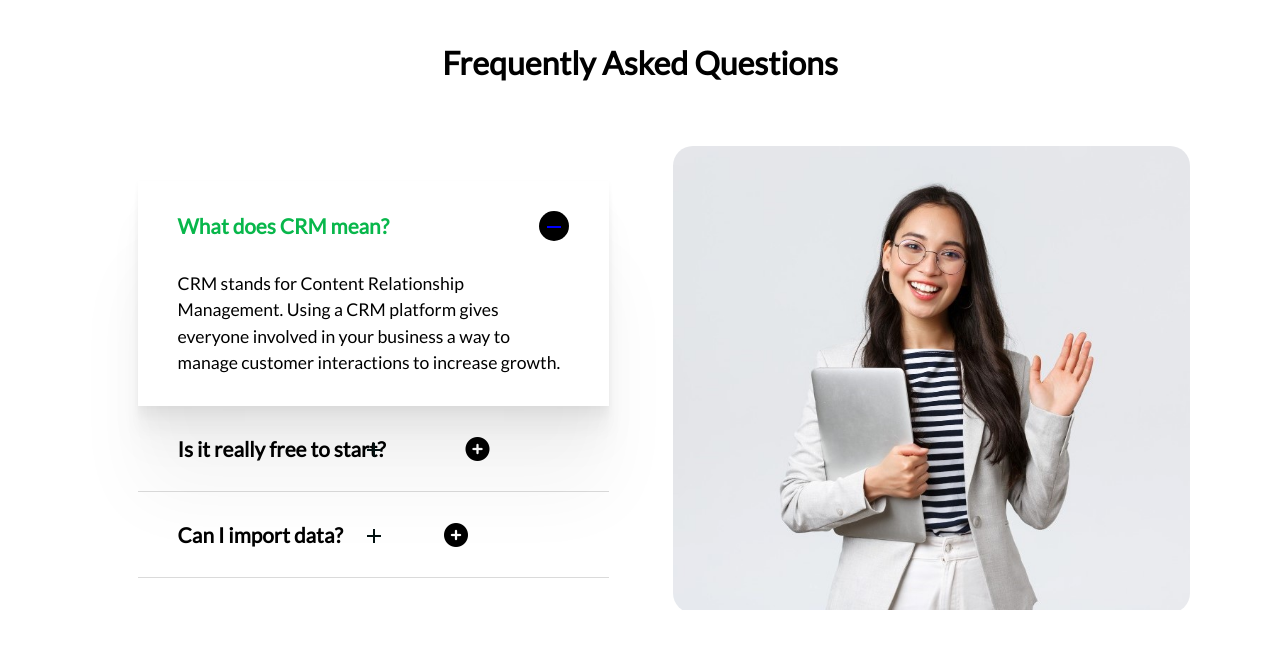
Repository: emiliaiwu/faq_component
Page: index.html
The author's editor kept a copy of each file at every save. The page is drawn from the files as they stood at one save, then again after a run of saves.
The browser window is 1280 px wide. The pictures show the whole page.
Some icons come from a web library that is not loaded, so they are not drawn. Some web libraries are served in a nearby version.

Above is the page before, as saved 2022-12-13 20:39:58.

After the next 4 saves:
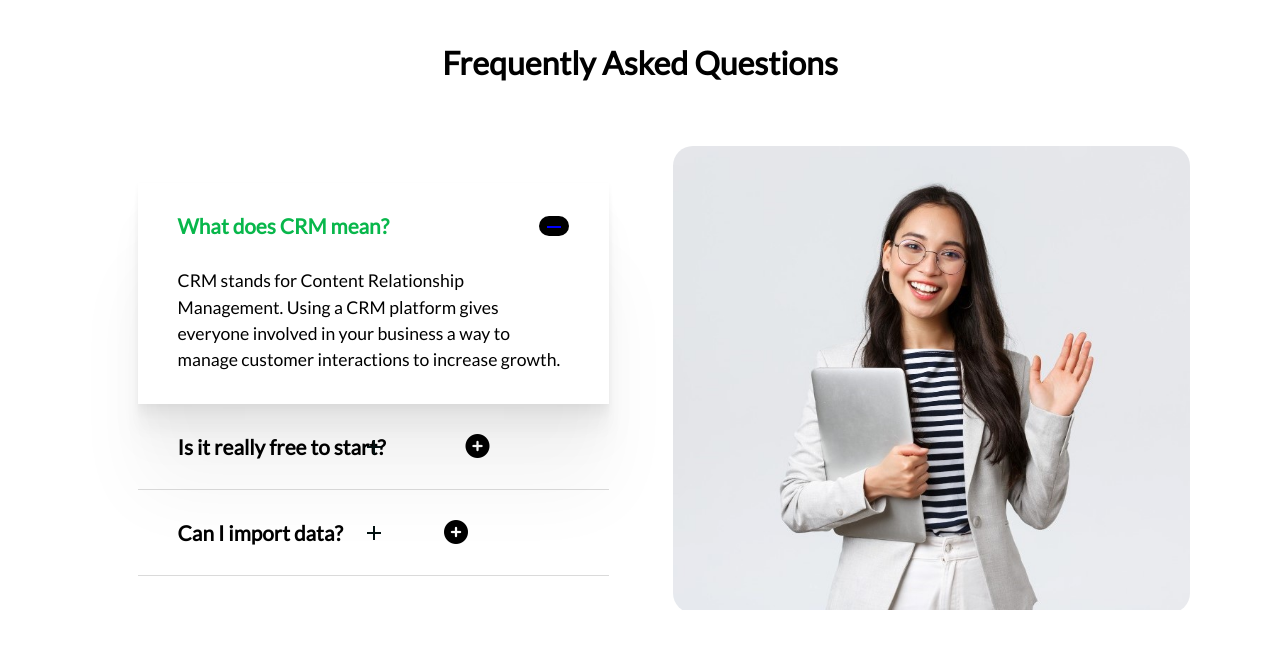
The 4 saves are shown as one change because they came seconds apart.
The last was saved 15 s later.
--- a/style.css
+++ b/style.css
@@ -134,7 +134,7 @@
  .toggle {
     position: relative;
     width: 30px;
-    height: 30px;
+    height: 20px;
     border-radius: 30px;
     background-color: black;
 }

After the 2 saves that followed:
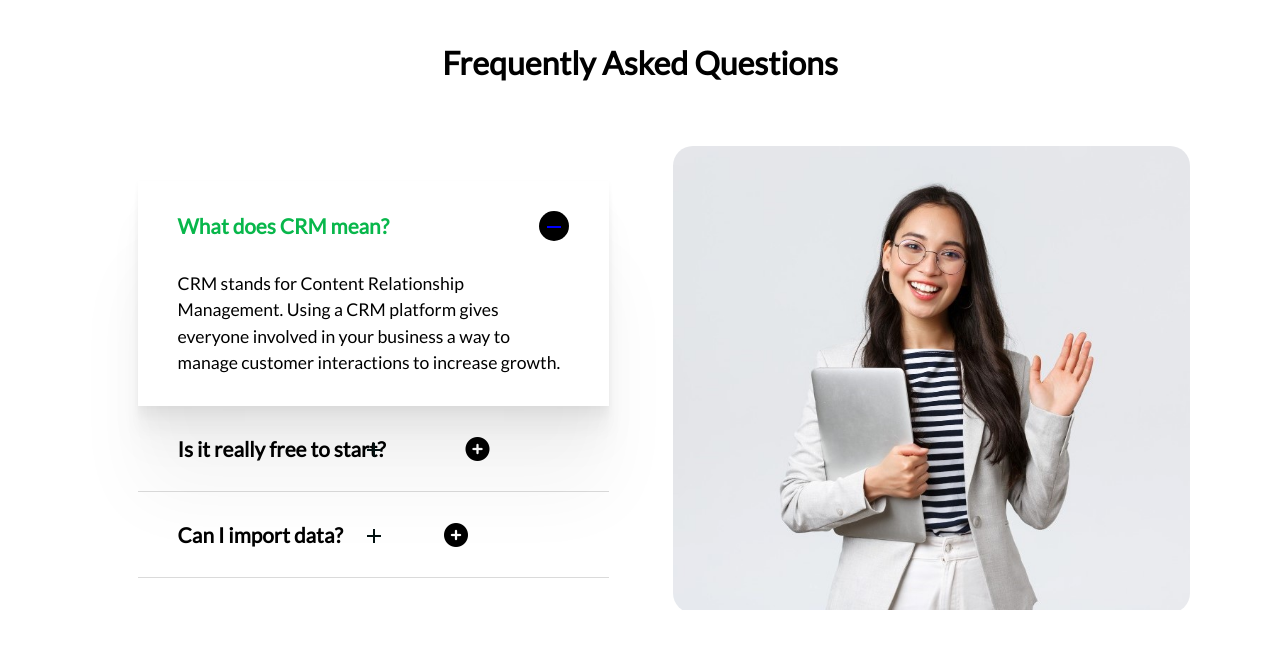
The 2 saves are shown as one change because they came seconds apart.
The last was saved 7 s later.
--- a/style.css
+++ b/style.css
@@ -134,7 +134,7 @@
  .toggle {
     position: relative;
     width: 30px;
-    height: 20px;
+    height: 30px;
     border-radius: 30px;
     background-color: black;
 }
